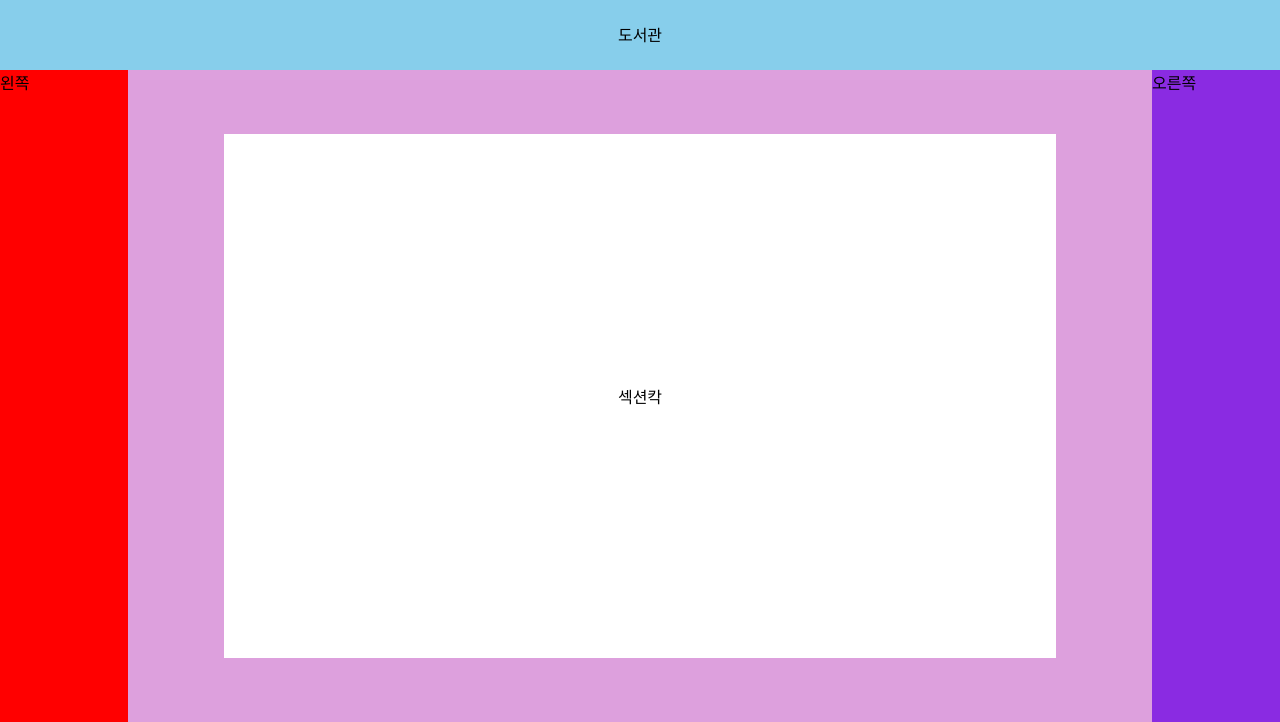
Repository: sojihwan/API_-Multi
Page: / (app in API/)
The author's editor kept a copy of each file at every save. The page is drawn from the files as they stood at one save, then again after the next save.
The browser window is 1280 px wide. The pictures show the whole page.
The project was rebuilt for these pictures with package versions that can differ from the ones it lists, and the page was loaded fresh each time. Also part of the build but not shown: API/src/App.css.

Above is the page before, as saved 2022-05-24 15:24:37.

### API/src/App.js
import "./App.css";
import Layout from "./Layout/Layout";

function App() {
  return (
    <div>
      <Layout />
    </div>
  );
}

export default App;

### API/src/Layout/layout.js
import React from "react";
import "./Layout.css";
import Section from "./Section";

function Layout() {
  return (
    <div className="layout">
      <header>도서관</header>
      <main>
        <aside>왼쪽</aside>
        <Section />
        <aside>오른쪽</aside>
      </main>
    </div>
  );
}

export default Layout;

### API/src/Layout/layout.css
.layout {
  box-sizing: border-box;
}

header {
  width: 100%;
  height: 70px;
  line-height: 70px;
  text-align: center;
  background: skyblue;
}

aside {
  top: 70px;
}

main aside:first-child {
  position: absolute;
  left: 0;
  width: 10%;
  height: 90.6%;
  background: red;
}

main {
  display: flex;
  justify-content: center;
  align-items: center;
  min-height: 90.6vh;
  background: plum;
}

main aside:last-child {
  position: absolute;
  right: 0;
  width: 10%;
  height: 90.6%;
  background: blueviolet;
}

### API/src/Layout/Section.js
import React from "react";
import "../Layout/Section.css";

function Section() {
  return (
    <div className="section">
      <div>섹션칵</div>
    </div>
  );
}

export default Section;

### API/src/Layout/Section.css
.section {
  width: 65%;
  padding: 250px 0;
  text-align: center;
  background: white;
}

Loaded but not shown: API/public/index.html (common file); API/src/index.js (common file); API/src/index.css (common file); API/src/reportWebVitals.js (common file)

After the next save:
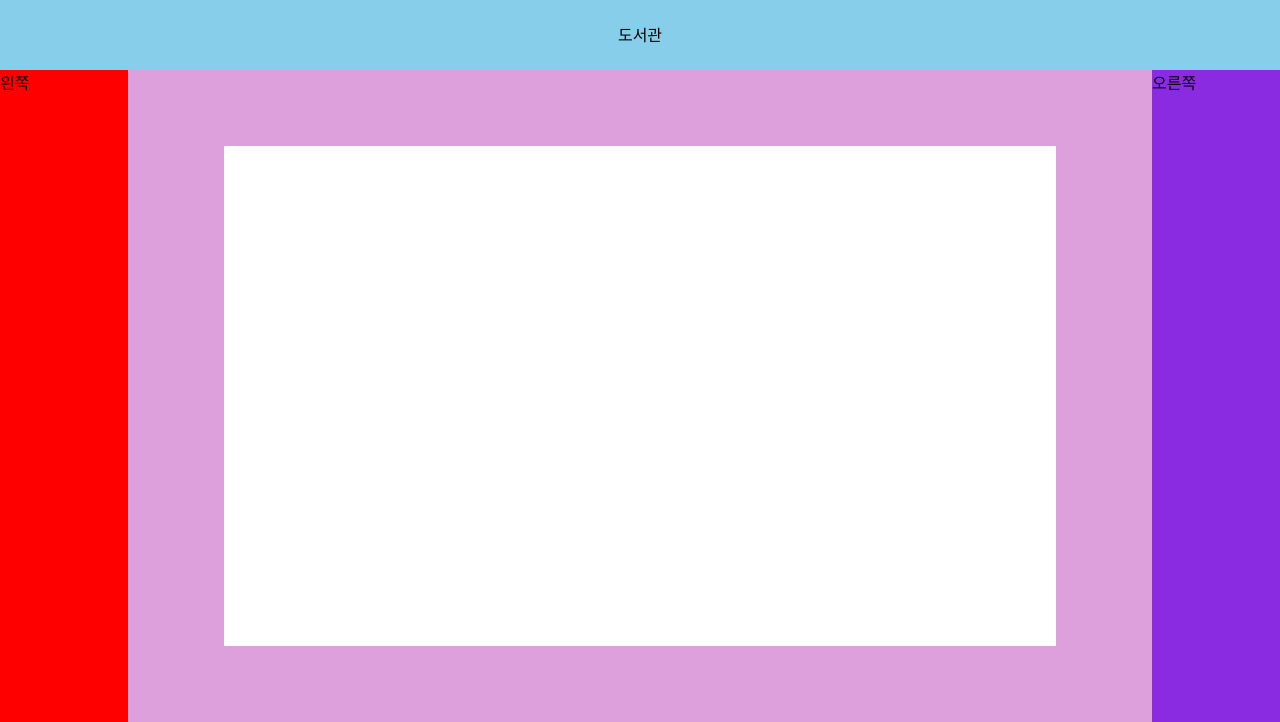
Saved 5 min 1 s later.
--- a/API/src/Layout/Section.js
+++ b/API/src/Layout/Section.js
@@ -4,7 +4,7 @@ import "../Layout/Section.css";
 function Section() {
   return (
     <div className="section">
-      <div>섹션칵</div>
+      <div></div>
     </div>
   );
 }
